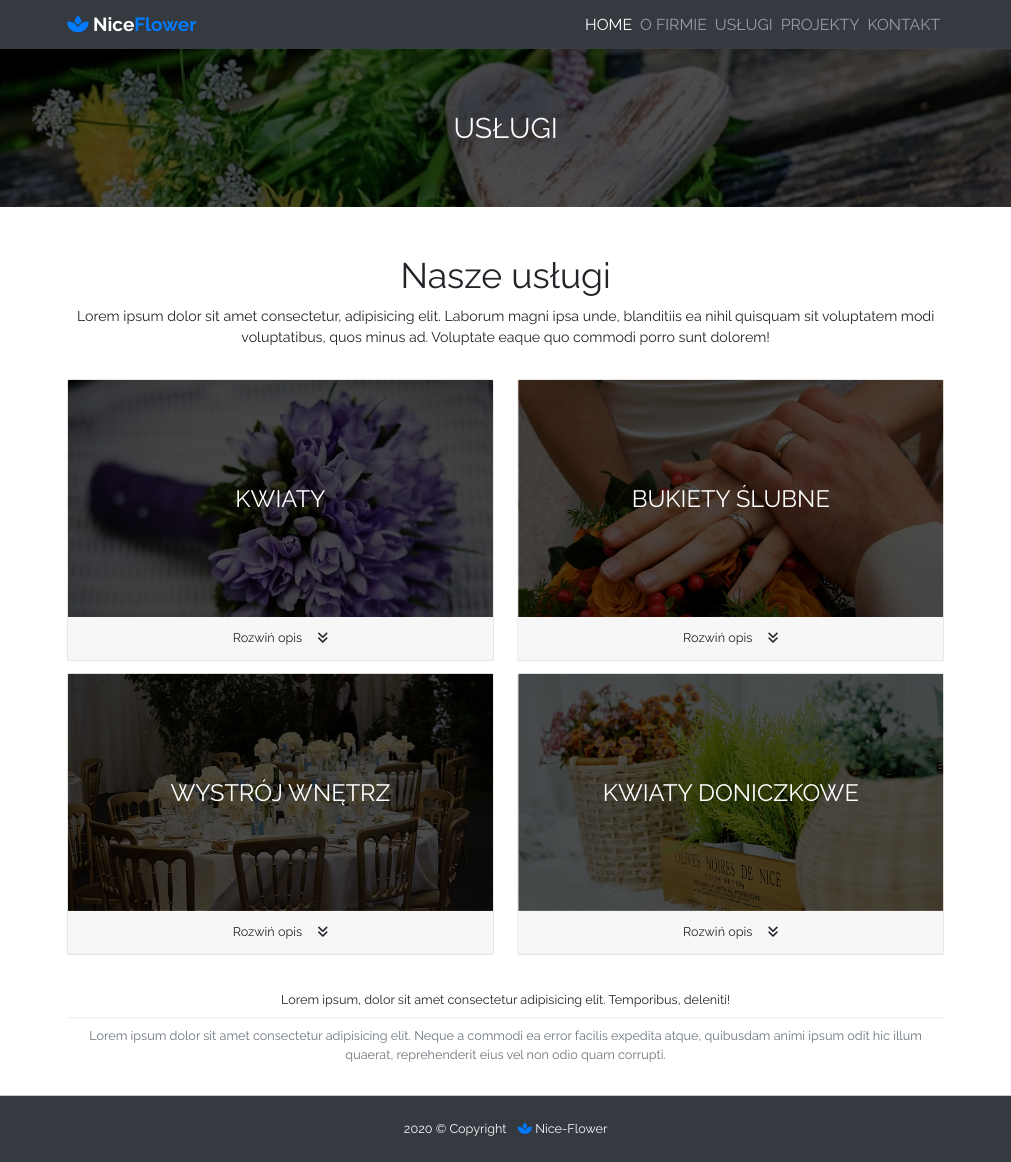
Repository: KrzysKolo/Projekt-13_Kwiaciarnia
Page: services.html
These files come from the project's save history. The page is drawn as it stood at one moment and after the next save; the edit follows.
The browser window is 1280 px wide. The pictures show the whole page, at 79% of full size.
Some web libraries are served in a nearby version.

Above is the page before, as saved 2020-08-11 11:20:24.

After the next save:
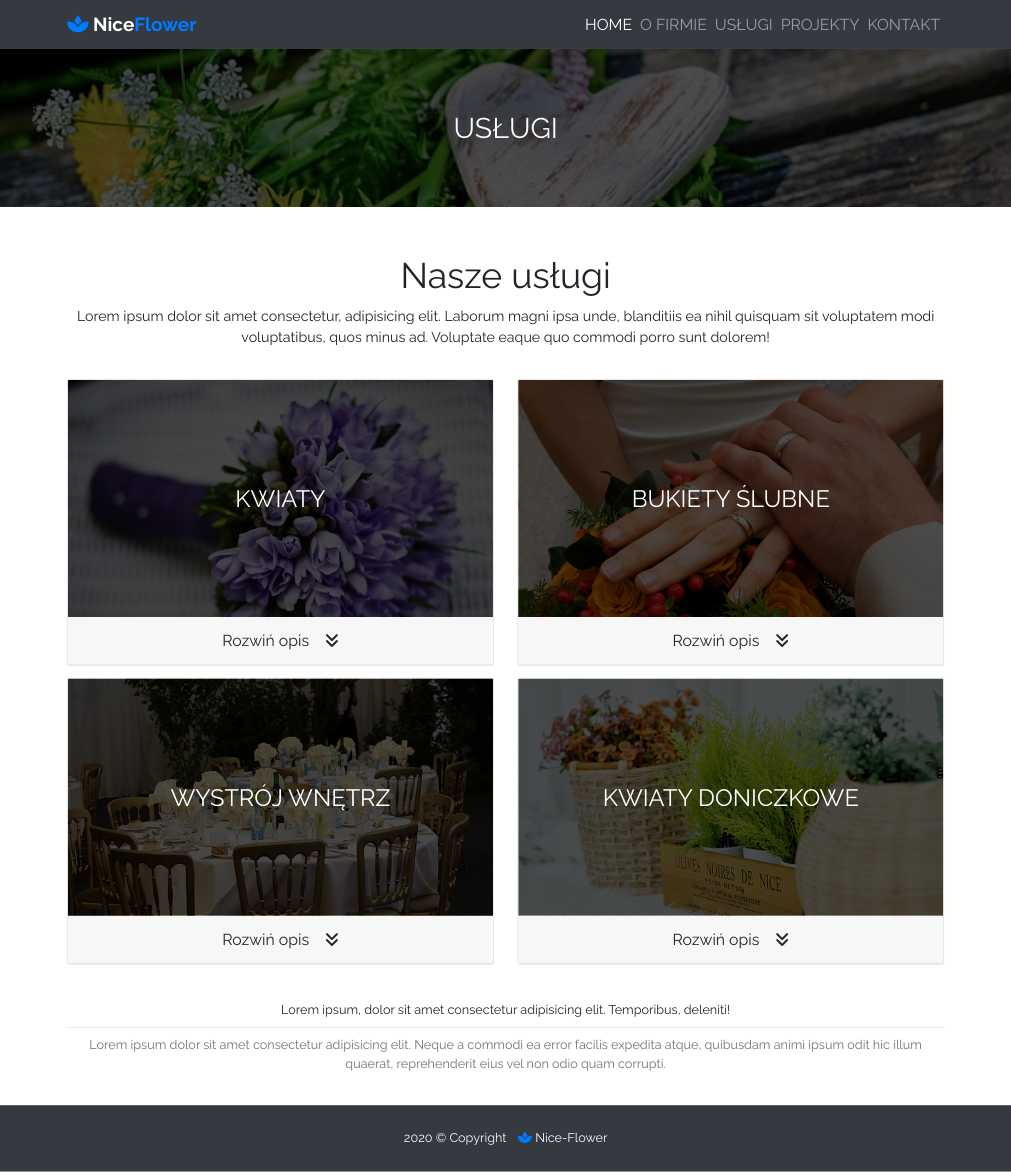
Saved 3 min 40 s later.
--- a/style.css
+++ b/style.css
@@ -176,6 +176,10 @@ header {
 .service-pricing .box-four {
   background-image: url("./img/rdm.jpg");
 }
+.service-pricing .card-header {
+  font-size: 2rem;
+  cursor: pointer;
+}
 /* ----------- */
 /*    footer   */
 /* ----------- */
